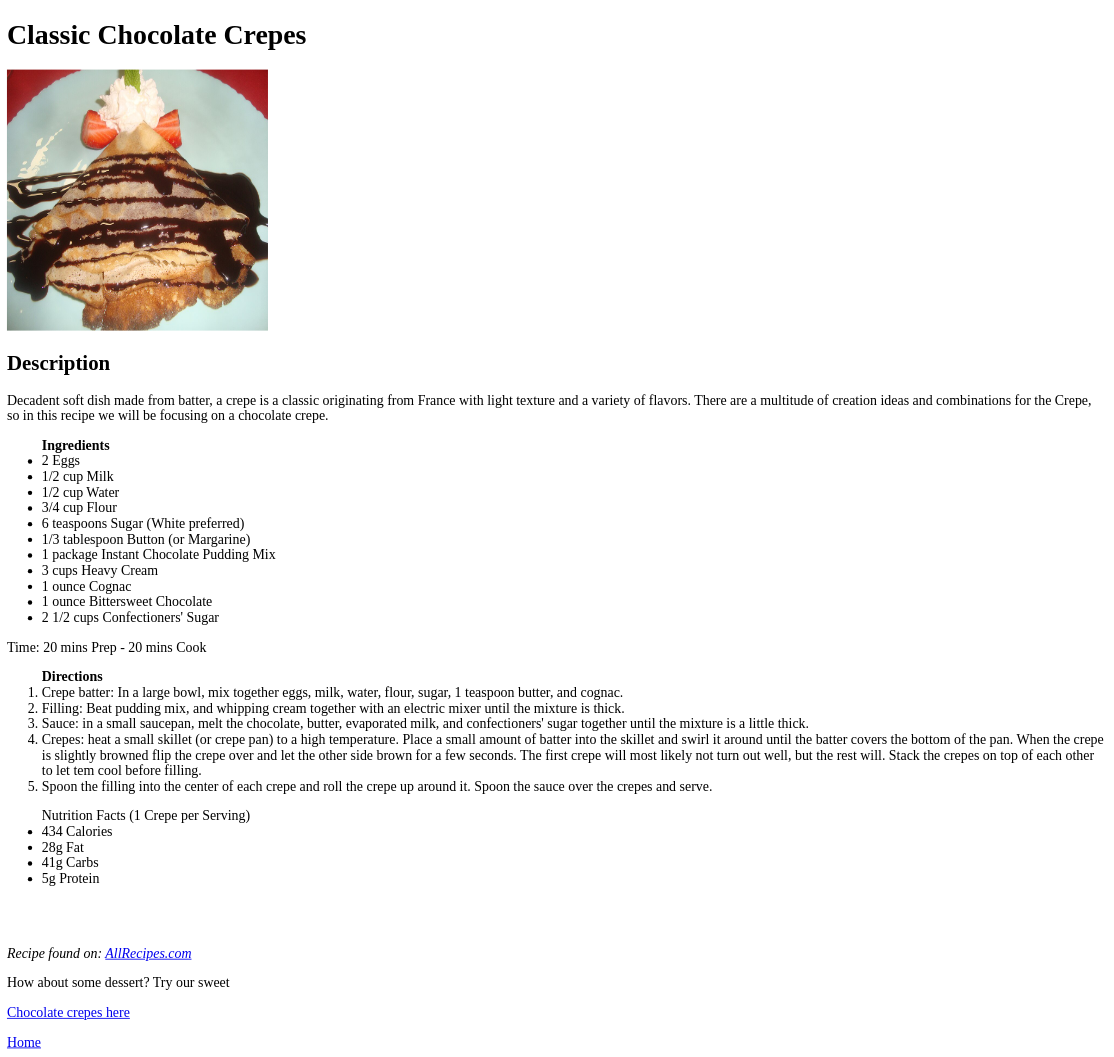
Repository: Mervens/odin-recipes
Page: recipes/pasta.html
An editor plug-in stored every save of this project. The page is shown before and after the next save, followed by the edit.
The browser window is 1280 px wide. The pictures show the whole page, at 87% of full size.

Above is the page before, as saved 2025-06-18 11:45:51.

### recipes/pasta.html
<!DOCTYPE html>

<html lang="en">

<head>
    <meta charset="UTF-8">
    <title>Chocolate Crepe Recipe | Odin Recipes</title>
</head>

<body>
    <h1>Classic Chocolate Crepes</h1>

    <img src="../recipes/images/Chocolate Image.png"
        alt="Photo of Chocolate Crepe. Image found on Wikipedia - linked in ReadME." height=300 width=300>
    <h2>Description</h2>
    <p>Decadent soft dish made from batter, a crepe is a classic originating from France with light texture and a
        variety of flavors. There are a multitude of creation ideas and combinations for the Crepe, so in this
        recipe we
        will be focusing on a chocolate crepe.</p>
    <ul><strong>Ingredients</strong>
        <li>2 Eggs</li>
        <li>1/2 cup Milk</li>
        <li>1/2 cup Water</li>
        <li>3/4 cup Flour</li>
        <li>6 teaspoons Sugar (White preferred)</li>
        <li>1/3 tablespoon Button (or Margarine)</li>
        <li>1 package Instant Chocolate Pudding Mix</li>
        <li>3 cups Heavy Cream</li>
        <li>1 ounce Cognac</li>
        <li>1 ounce Bittersweet Chocolate</li>
        <li>2 1/2 cups Confectioners' Sugar</li>
    </ul>
    <p>Time: 20 mins Prep - 20 mins Cook</p>
    <ol><strong>Directions</strong>
        <li>Crepe batter: In a large bowl, mix together eggs, milk, water, flour, sugar, 1 teaspoon butter, and
            cognac.
        </li>
        <li>Filling: Beat pudding mix, and whipping cream together with an electric mixer until the mixture is
            thick.
        </li>
        <li>Sauce: in a small saucepan, melt the chocolate, butter, evaporated milk, and confectioners' sugar
            together
            until the mixture is a little thick.</li>
        <li>Crepes: heat a small skillet (or crepe pan) to a high temperature. Place a small amount of batter into
            the
            skillet and swirl it around until the batter covers the bottom of the pan. When the crepe is slightly
            browned flip the crepe over and let the other side brown for a few seconds. The first crepe will most
            likely
            not turn out well, but the rest will. Stack the crepes on top of each other to let tem cool before
            filling.
        </li>
        <li>Spoon the filling into the center of each crepe and roll the crepe up around it. Spoon the sauce over
            the
            crepes and serve.</li>
    </ol>
    <ul>
        Nutrition Facts (1 Crepe per Serving)
        <li>434 Calories</li>
        <li>28g Fat</li>
        <li>41g Carbs</li>
        <li>5g Protein</li>
    </ul>
    <br>
    <br>

    <p><em>Recipe found on:
            <a href="https://www.allrecipes.com/recipe/229960/shrimp-scampi-with-pasta/">AllRecipes.com</em>
    </p>
    </a>
    <p>How about some dessert? Try our sweet</p><a href="../recipes/crepe.html">Chocolate crepes here</a>
    </p>
    <a href="../index.html">Home</a>

</body>

</html>

After the next save:
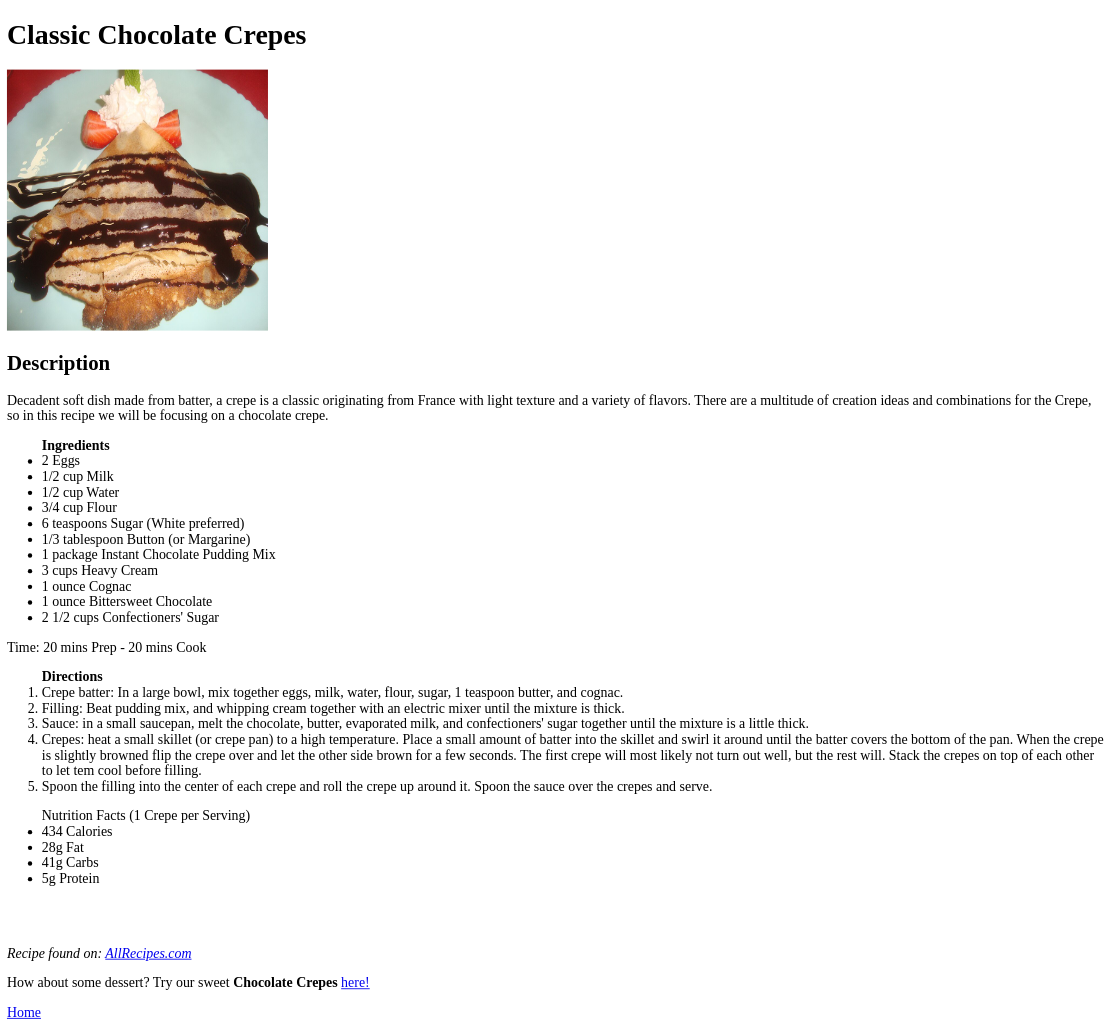
Saved 30 s later.
--- a/recipes/pasta.html
+++ b/recipes/pasta.html
@@ -67,7 +67,7 @@
             <a href="https://www.allrecipes.com/recipe/229960/shrimp-scampi-with-pasta/">AllRecipes.com</em>
     </p>
     </a>
-    <p>How about some dessert? Try our sweet</p><a href="../recipes/crepe.html">Chocolate crepes here</a>
+    <p>How about some dessert? Try our sweet <strong>Chocolate Crepes </strong><a href="../recipes/crepe.html">here!</a>
     </p>
     <a href="../index.html">Home</a>
 
